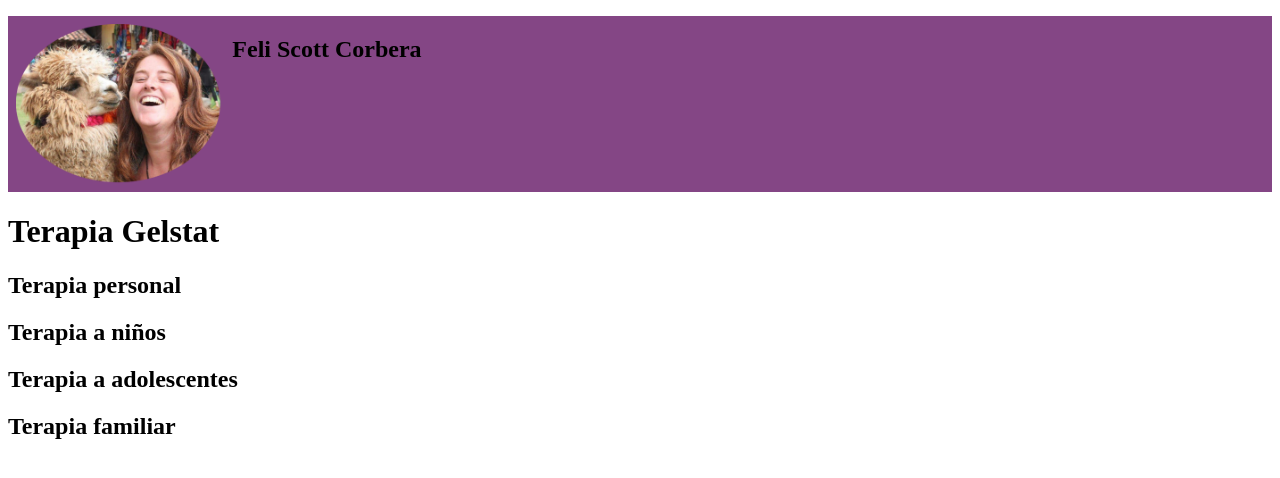
Repository: Jogalso/webPsicologa
Page: /
The author's editor kept a copy of each file at every save. The page is drawn from the files as they stood at one save, then again after the next save.
The browser window is 1280 px wide. The pictures show the whole page.
The project was rebuilt for these pictures with package versions that can differ from the ones it lists, and the page was loaded fresh each time. Some packages were replaced by stand-ins written for this rebuild. The framework's server and built-in components were replaced by stand-ins that run in the browser.

Above is the page before, as saved 2021-07-12 11:53:24.

### pages/index.js
import React from 'react'
import Layout from '../components/Layout'
import Contenido from '../components/Contenido'

export default function index() {
    return (
        <div>
            <Layout>
                <Contenido />
            </Layout>
        </div>
    )
}

### components/Layout.js
('use strict')
import Link from 'next/link';
import Head from 'next/head';
import React from 'react'

function Layout(props) {
    const {children, title} = props;
    return <div>
    <Head >
    <title>Terapia Gestalt: {title}</title>
        <meta name="viewport" content="width=device-width, initial-scale=1"></meta>
    </Head>
    {/* <header>
    <Link href={vuelta} activeClassName="active">
                <a className="headerLink">
                    <img className="header_Img" src="../imagenes/back.png" />
                </a>
            </Link>
    <Link href="/">
                <a className="headerLink">
                <img  className="header_Img" src="../imagenes/home.png" />
                </a>
    </Link>

    </header> */}
        {children}
    <style jsx>
    {`
    header{
     background: #844685;
     padding: 15px;
     text-align: center;
    }
    header a{
        color: #faf4ff;
        text-decoration: none;
        borderColor: #f3c623;
    }
    `}
    </style>
    <style jsx global>
        { `
           header{
               body: #fff;
               background:white;
               font-family: system-ui;
           }
        `}
    </style>
</div>
}

export default Layout

### components/Contenido.js
import React from 'react'

export default function Contenido() {
    return (
        <div>
            <div className="Header">
                <p className="InfoTerapetua">
                    <img className="InfoTerapetua__img" src="../imagenes/principal.png" />
                    <h2>Feli Scott Corbera</h2>
                </p>
            </div>

            <p className="Terapias">
            <h1>Terapia Gelstat</h1>
            <p></p>
            <h2>Terapia personal</h2>
            <h2>Terapia a niños</h2>
            <h2>Terapia a adolescentes</h2>
            <h2>Terapia familiar</h2></p>

            <style>
                {`
                    .Header{
                        background: #844685;

                    }
                    .InfoTerapetua{
                        display: flex;
                    }
                    .InfoTerapetua__img{
                        height: 10em;
                        width: auto;
                        padding: 0.5em;
                    }
                `}
            </style>
        </div>
    )
}

After the next save:
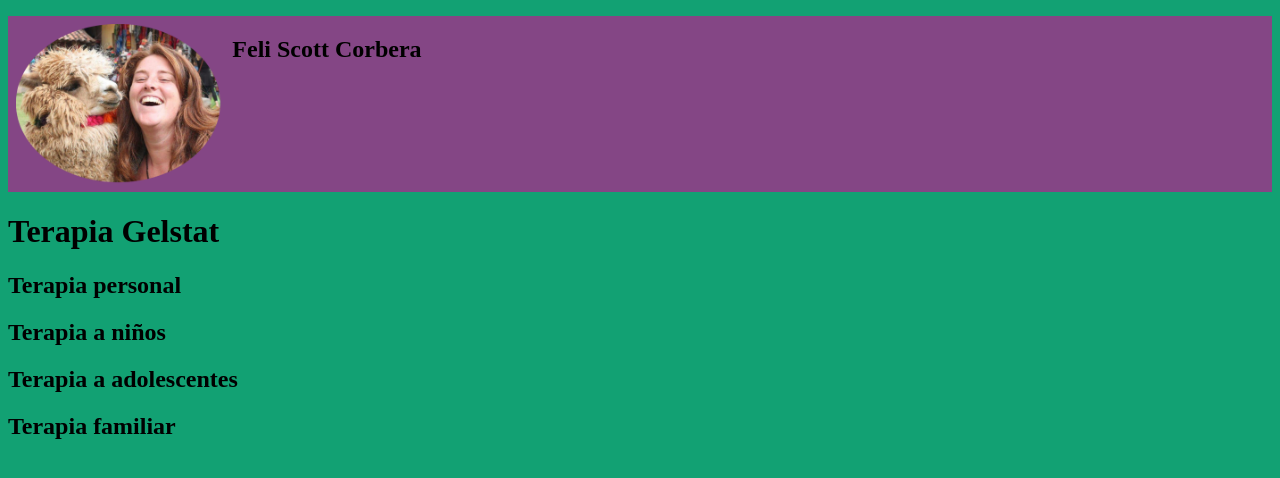
Saved 66 s later.
--- a/components/Layout.js
+++ b/components/Layout.js
@@ -26,6 +26,9 @@
         {children}
     <style jsx>
     {`
+    html {
+        background-color: #12A173;
+    }
     header{
      background: #844685;
      padding: 15px;

After the 2 saves that followed:
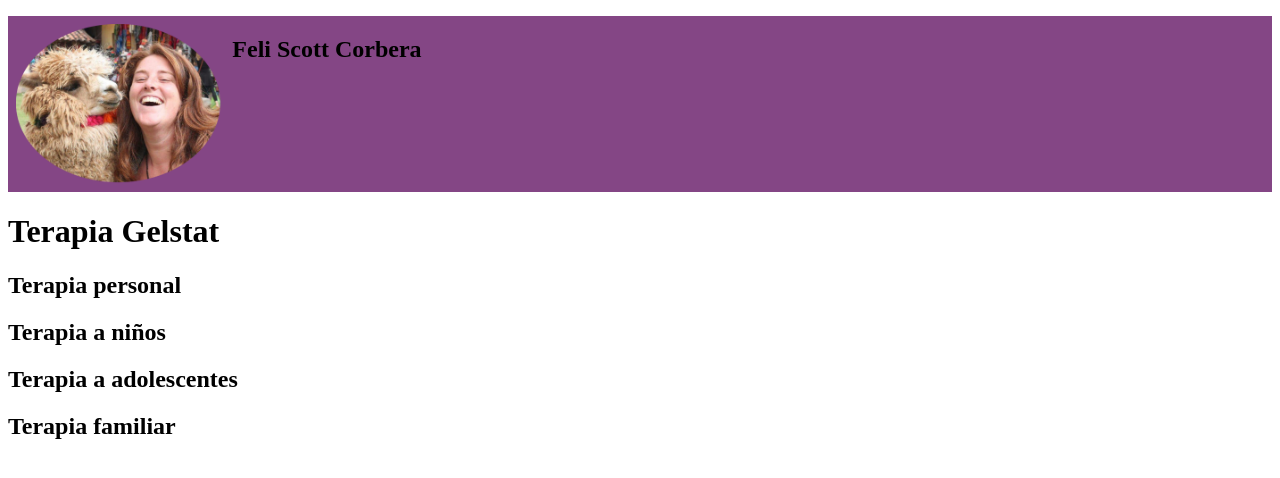
The 2 saves are shown as one change because 1 left the picture as it was.
The last was saved 63 s later.
--- a/components/Layout.js
+++ b/components/Layout.js
@@ -24,10 +24,15 @@
 
     </header> */}
         {children}
-    <style jsx>
+    <style jsx global>
     {`
-    html {
+    .html {
         background-color: #12A173;
+    }
+    .body {
+        max-width: 100%;
+        margin-top: 5em;
+        padding-left: 2em;
     }
     header{
      background: #844685;
